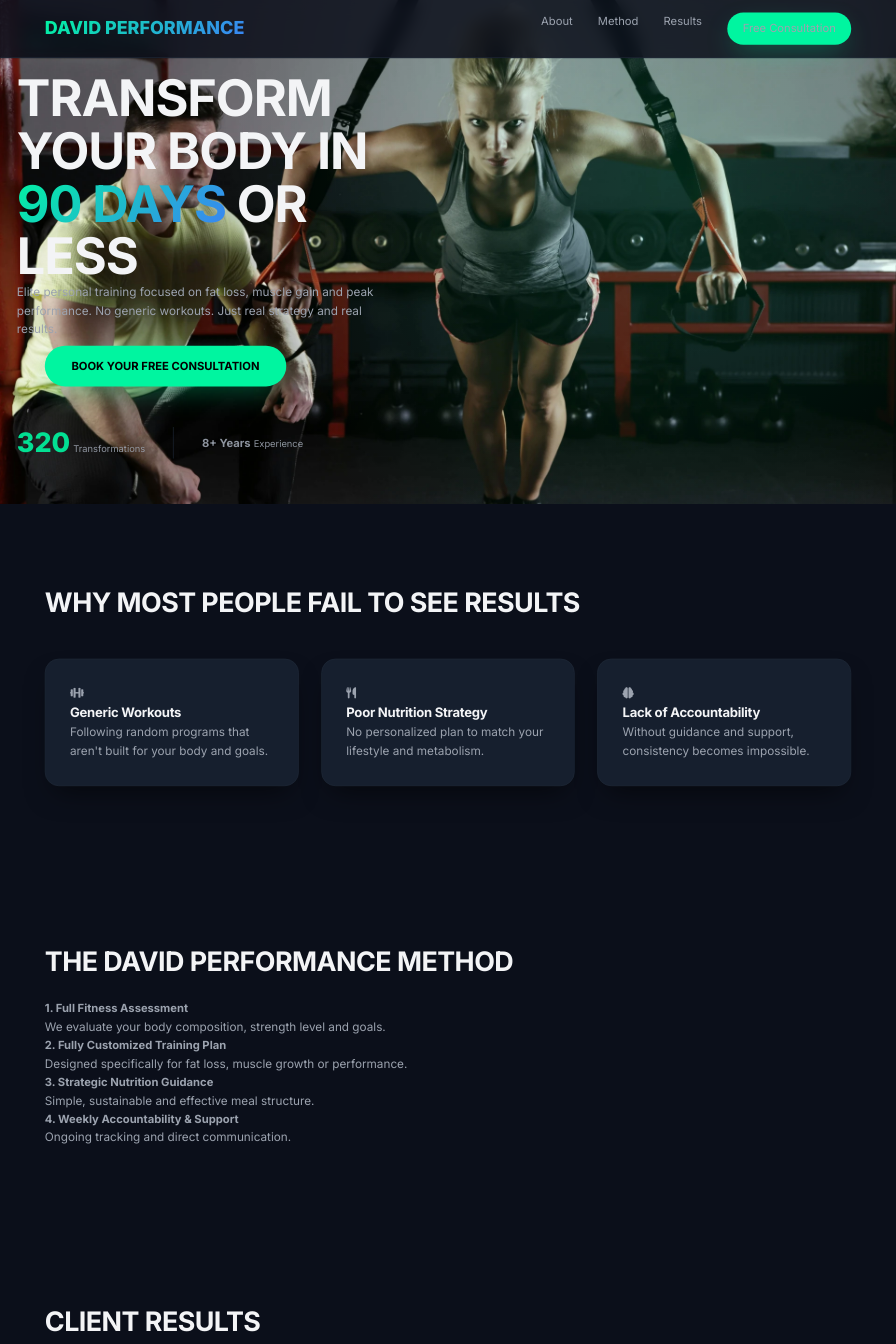
Repository: davidfsillva/Landing-page-pro
Page: index.html
The author's editor kept a copy of each file at every save. The page is drawn from the files as they stood at one save, then again after the next save.
The browser window is 1280 px wide. The pictures show the part of the page from y = 0 to 1920 px (the page is 3387 px tall), at 70% of full size.

Above is the page before, as saved 2026-02-25 16:06:46.

After the next save:
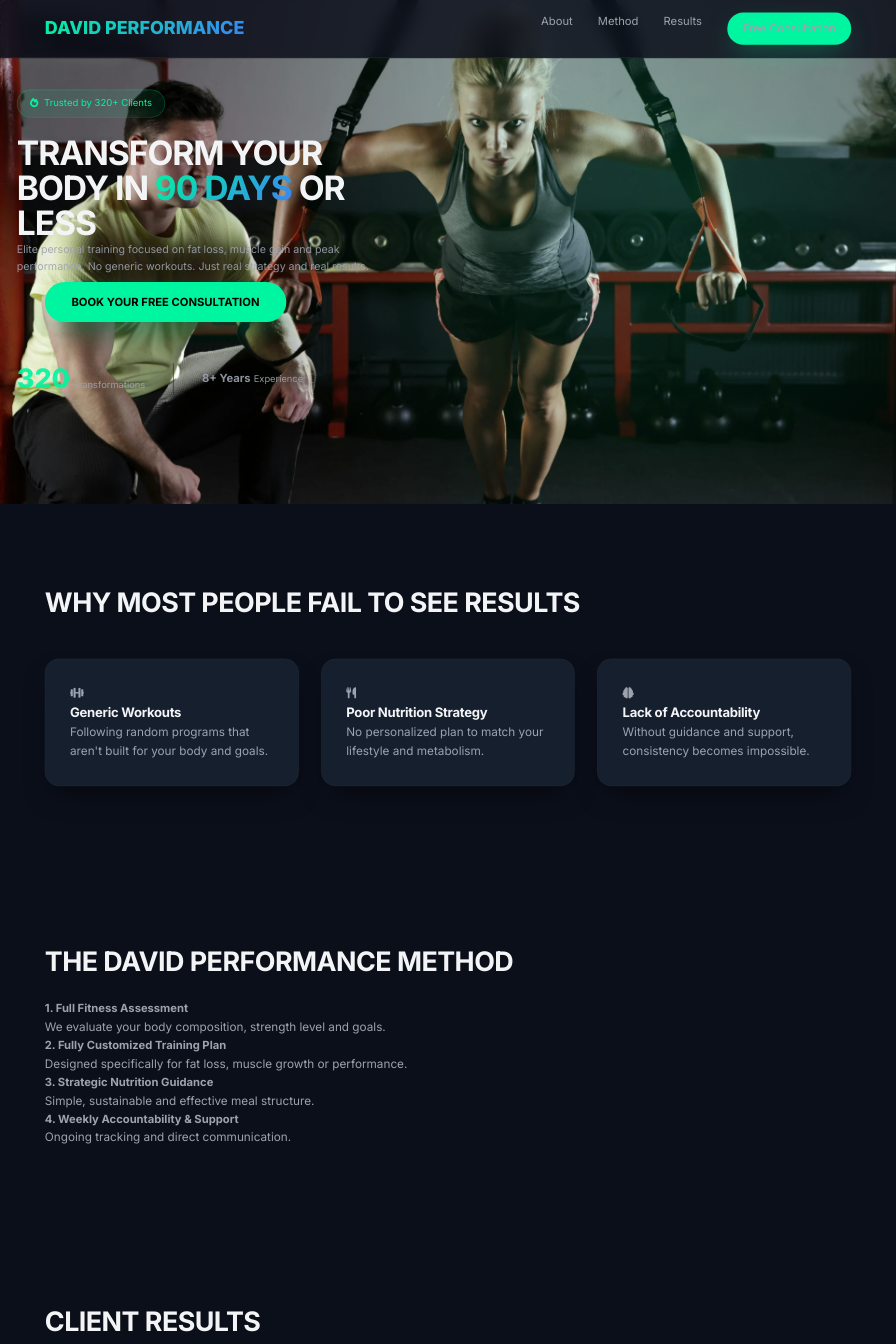
Saved 91 s later.
--- a/style.css
+++ b/style.css
@@ -221,6 +221,15 @@ header {
 
 .hero-cta .btn {
     margin-left: 40px; /* move botão para direita */
+}
+
+.hero-nova h1 {
+    font-size: clamp(2.3rem, 4vw, 3rem);
+}
+
+.hero-nova p {
+    font-size: 0.95rem;
+    opacity: 0.9;
 }
 
 /* BADGE */
